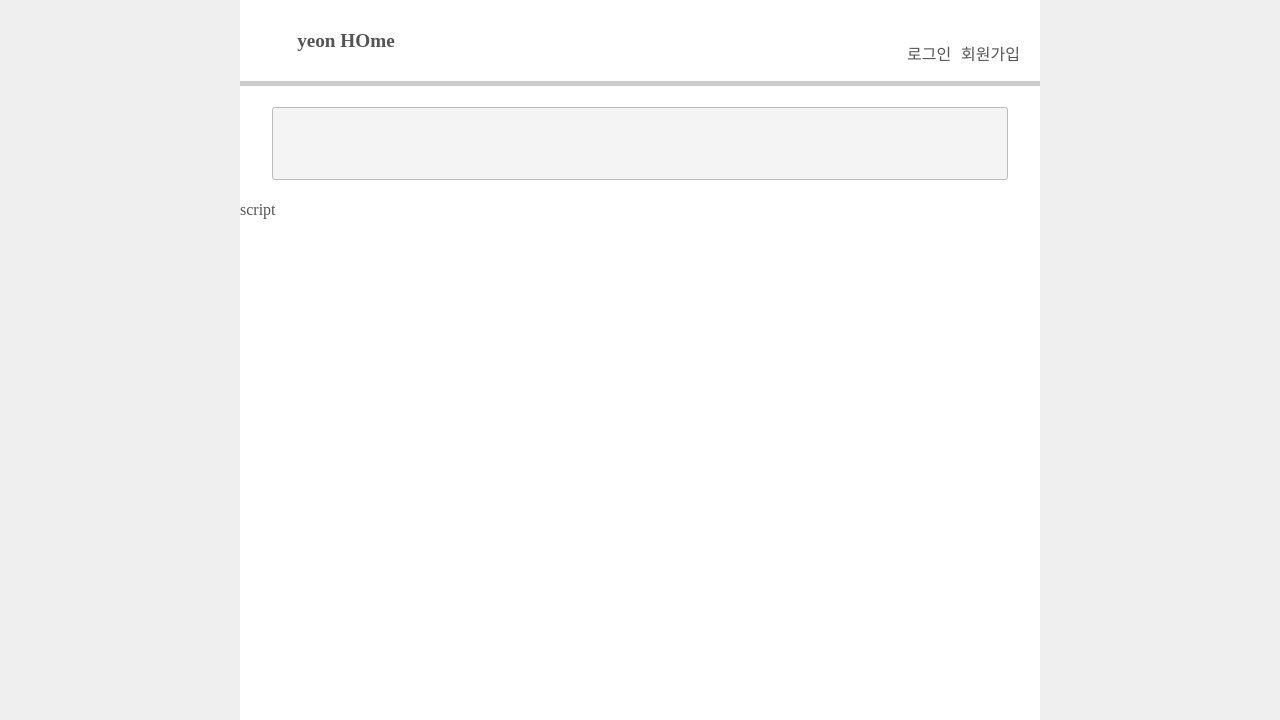
Repository: yeonhwa323/webPro
Page: webPro/src/main/webapp/javascript/days07/ex06.html
An editor plug-in stored every save of this project. The page is shown before and after the next save, followed by the edit.
The browser window is 1280 px wide. The pictures show the whole page.
Some web fonts or font styles are not loaded; a fallback is used.

Above is the page before, as saved 2024-04-15 01:06:19.

### webPro/src/main/webapp/javascript/days07/ex06.html
<!DOCTYPE html>
<html>
<head>
<meta charset="UTF-8">
<meta name="viewport" content="width=device-width, initial-scale=1.0">
<title>Insert title here</title>
<link rel="shortcut icon" type="image/x-icon" href="http://localhost/webPro/images/SiSt.ico">
<script src="https://ajax.googleapis.com/ajax/libs/jquery/3.7.1/jquery.min.js"></script>
<link rel="stylesheet" href="http://localhost/webPro/resources/cdn-main/example.css">
<script src="http://localhost/webPro/resources/cdn-main/example.js"></script>
<style>
 span.material-symbols-outlined{
   vertical-align: text-bottom;
 }
</style>
</head>
<body>
<header>
  <h1 class="main"><a href="#" style="position: absolute;top:30px;">yeon HOme</a></h1>
  <ul>
    <li><a href="#">로그인</a></li>
    <li><a href="#">회원가입</a></li>
  </ul>
</header>
<div>
  <xmp class="code">

  </xmp>
</div>

  script
</body>
</html>

### webPro/src/main/webapp/resources/cdn-main/example.css
@charset "UTF-8";

@import url('https://fonts.googleapis.com/css2?family=Material+Symbols+Outlined:opsz,wght,FILL,GRAD@20..48,100..700,0..1,-50..200');

@font-face {
    font-family: 'GmarketSansMedium';
    src: url('https://cdn.jsdelivr.net/gh/projectnoonnu/noonfonts_2001@1.1/GmarketSansMedium.woff') format('woff');
    font-weight: normal;
    font-style: normal;
}

:root {
	--text-color: #555;
	--sub-text-color: #777;
	--back-color: #EFEFEF;
	--header-color: #444;
	--primary-color: #DEDEDE;
	--secondary-color: #EFEFEF;
	--default-width: 800px;
	--narrow-width: 500px;
	--wide-width: 1200px;
	--text-font: 'GmarketSansMedium';
	--icon-font: 'Material Symbols Outlined';
	--border-color: #CCC;
}

html, body {
	margin: 0;
	padding: 0;
}

html {
	background-color: var(--back-color);
	display: flex;
	justify-content: center;
	min-height: 100vh;
}

body, body.default {
	width: var(--default-width);
	background-color: white;
	padding-bottom: 120px;
}

body.wide {
	width: var(--wide-width);
}

body.narrow {
	width: var(--narrow-width);
}



body, p, div, span, a, input, select, option, textarea, button, table, th, td, label, fieldset, legend {
	font-family: var(--text-font);
	color: var(--text-color);
}

h1, h2, h3 {
	font-family: var(--text-font);
	color: var(--header-color);
	padding: 0 1rem;
	padding-top: .5rem;
}

div > h1, div > h2, div > h3 {
	padding: 0;
}

body > div, body > main > div {
	padding: 0.3rem 1rem;
}


h1 { font-size: 2rem; border-bottom: 1px solid var(--border-color); }
h1 small { font-size: 1.2rem; color: var(--sub-text-color); }
h2 { font-size: 1.5rem; border-bottom: 1px dashed var(--border-color); }
h2 small { font-size: 1.1rem; color: --sub-text-color; }
h3 { font-size: 1.2rem; }
h3 small { font-size: 1rem; color: --sub-text-color; }



h1.main::before {
	font-family: var(--icon-font);
  	content: '\e666';
  	margin-right: 10px;
  	float: left;
	font-size: 2.5rem;
}

h1.sub::before {
	font-family: var(--icon-font);
  	content: '\ea19';
  	margin-right: 10px;
  	float: left;
	font-size: 2.5rem;
}


h1.page::before {
	font-family: var(--icon-font);
  	content: '\e0e0';
  	margin-right: 10px;
  	float: left;
	font-size: 2.5rem;
}

body > header > ul > li > .active{
	background-color: #FFF;
	color:#F00;
}

body > header {
	display: flex;
	justify-content: space-between;
	border-bottom: 5px solid var(--border-color);
	min-height: 74px;
	background-color: #FFF;
}

body > header.sticky {
	position: sticky;
	top: 0;
	z-index: 98;
}

body > header > h1 {
	font-size: 1.2rem;
	border: 0;
}

body > header.in > h1::before {
	font-family: var(--icon-font);
  	content: '\e332‥';
  	margin-right: 3px;
  	float: left;
	font-size: 2rem;
}


body > header > ul {
	list-style-type: none;
	display: flex;
	align-items: flex-end;
	margin-right: 10px;
}

body > header > ul > li {
	margin-right: 10px;
	cursor: pointer;
}

body > header > ul > li > a {
	cursor: pointer;
}


form {
	display: block;
}

form > div {
	padding: 0.3rem 1rem;
}

div > form > div {
	padding: 0.3rem 0;
}

input, textarea, button, select {
	border: 1px solid #BBB;
	border-radius: 3px;
	outline: none;
	resize: none;
	padding: 7px;
	margin: 0;
}

input[type=text]:read-only, textarea:read-only {
	cursor: not-allowed;
	background-color: #FFF;
}

input[type=text]:disabled, textarea:disabled {
	cursor: not-allowed;
	background-color: #EEE;
}

input[type=text], input[type=password], textarea, button, select {
	/* width: 300px; */
}

textarea {
	display: block;
	height: 100px;
}

input[type=button], input[type=submit], button {
	/* width: inherit; */
}

input.short, textarea.short, button.short, select.short {
	width: 100px;
}

input.long, textarea.long, button.long, select.long {
	width: 350px;
}

.narrow input.long, .narrow textarea.long, .narrow button.long, .narrow select.long {
	width: calc(100% - 20px);
}

input.full, textarea.full, button.full, select.full {
	width: calc(100% - 20px);
}

textarea.short {
	height: 50px;
}

textarea.long {
	height: 100px;
}

textarea.full {
	height: 200px;
}

input, textarea {
	padding-top: 8px;
}

input[type=button], input[type=submit], button {
	padding: 5px 10px;
	background-color: var(--secondary-color);
	cursor: pointer;
	min-height: 36px;
}

input[type=button].primary, input[type=submit].primary, button.primary {
	/* background-color: rgba(100, 149, 237, .2); */
	background-color: var(--primary-color);
}

input[type=button].primary:hover, input[type=submit].primary:hover, button.primary:hover {
	/* background-color: rgba(100, 149, 237, .3); */
	background-color: var(--secondary-color);
}

input[type=button]:hover, input[type=submit]:hover, button:hover {
	background-color: var(--primary-color);
}

button {
	position: relative;
	left: 0;
	top: 0;
	padding-left: 35px;
}

button .material-symbols-outlined {
	position: absolute;
	left: 10px;
	top: 4px;
}

/* k2nik add */
button.login::before {
	font-family: var(--icon-font);
  	content: '\ea77';
	position: absolute;
	left: 11px;
	top: 4px;
	font-size: 1.25rem;
}

/* k2nik logout */
button.logout::before {
	font-family: var(--icon-font);
  	content: '\e9ba';
	position: absolute;
	left: 11px;
	top: 4px;
	font-size: 1.25rem;
}

/* k2nik help */
button.help::before {
	font-family: var(--icon-font);
  	content: '\f1c0';
	position: absolute;
	left: 11px;
	top: 4px;
	font-size: 1.25rem;
}

button.add::before{
	font-family: var(--icon-font);
  	content: '\e746';
	position: absolute;
	left: 11px;
	top: 4px;
	font-size: 1.25rem;
}

button.back::before {
	font-family: var(--icon-font);
  	content: '\e166';
	position: absolute;
	left: 11px;
	top: 4px;
	font-size: 1.25rem;
}

button.list::before {
	font-family: var(--icon-font);
  	content: '\e0ee';
	position: absolute;
	left: 11px;
	top: 4px;
	font-size: 1.25rem;
}


button.del::before {
	font-family: var(--icon-font);
  	content: '\e872';
	position: absolute;
	left: 11px;
	top: 4px;
	font-size: 1.25rem;
}


button.edit::before {
	font-family: var(--icon-font);
  	content: '\e745';
	position: absolute;
	left: 11px;
	top: 4px;
	font-size: 1.25rem;
}


button.login::before {
	font-family: var(--icon-font);
  	content: '\ea77';
	position: absolute;
	left: 11px;
	top: 4px;
	font-size: 1.25rem;
}


button.logout::before {
	font-family: var(--icon-font);
  	content: '\e9ba';
	position: absolute;
	left: 11px;
	top: 4px;
	font-size: 1.25rem;
}


button.in::before {
	font-family: var(--icon-font);
  	content: '\f71a';
	position: absolute;
	left: 11px;
	top: 4px;
	font-size: 1.25rem;
}


button.out::before {
	font-family: var(--icon-font);
  	content: '\f70e';
	position: absolute;
	left: 11px;
	top: 4px;
	font-size: 1.25rem;
}


button.reply::before {
	font-family: var(--icon-font);
  	content: '\e15e';
	position: absolute;
	left: 11px;
	top: 4px;
	font-size: 1.25rem;
}


button.comment::before {
	font-family: var(--icon-font);
  	content: '\e0b9';
	position: absolute;
	left: 11px;
	top: 4px;
	font-size: 1.25rem;
}


button.modal::before {
	font-family: var(--icon-font);
  	content: '\e89e';
	position: absolute;
	left: 11px;
	top: 4px;
	font-size: 1.25rem;
}


button.ok::before {
	font-family: var(--icon-font);
  	content: '\e86c';
	position: absolute;
	left: 11px;
	top: 4px;
	font-size: 1.25rem;
}


button.cancel::before {
	font-family: var(--icon-font);
  	content: '\e5c9';
	position: absolute;
	left: 11px;
	top: 4px;
	font-size: 1.25rem;
}

button.search::before {
	font-family: var(--icon-font);
  	content: '\e8b6';
	position: absolute;
	left: 11px;
	top: 4px;
	font-size: 1.25rem;
}

button.home::before {
	font-family: var(--icon-font);
  	content: '\e88a';
	position: absolute;
	left: 11px;
	top: 4px;
	font-size: 1.25rem;
}


button.sidebar::before {
	font-family: var(--icon-font);
  	content: '\f7e4';
	position: absolute;
	left: 11px;
	top: 4px;
	font-size: 1.25rem;
}


button.sidebar-right::before {
	font-family: var(--icon-font);
  	content: '\f7e5';
	position: absolute;
	left: 11px;
	top: 4px;
	font-size: 1.25rem;
}




button::before {
	font-family: var(--icon-font);
  	content: '\e323';
	position: absolute;
	left: 11px;
	top: 4px;
	font-size: 1.25rem;
}


table {
	border-collapse: collapse;
	margin: 1rem;
	box-sizing: border-box;
	width: calc(100% - 32px);
}

table.content {
	width: auto;
}

div > table {
	margin: 0;
}

table th, table td {
	border: 1px solid var(--border-color);
	padding: 7px;
	font-weight: normal;
}

table th {
	background-color: var(--back-color);
}

table.vertical th {
	width: 150px;
}

table.vertical td {
	width: calc(100% - 182px);
	padding-left: 10px;
}

table.content td, table.content th {
	width: auto;
}

body.narrow table.vertical th {
	width: 100px;
}

body.narrow table.vertical td {
	width: calc(100% - 182px);
}


table + table {
	margin-top: 30px;
}


p {
	padding: 0 1rem;
}

a {
	text-decoration: none;
}

a:hover {
	color: rgba(255, 99, 71, .7);
}

hr {
	border: 0;
	border-top: 1px solid var(--border-color);
	margin: 2rem 0;
}

.message {
	border: 1px solid var(--border-color);
	background-color: #EFEFEF;
	margin: 1rem;
	width: auto;
	padding-top: 10px;
	padding-bottom: 10px;
	font-size: 14px;
}

.message[title]::before {
	content: attr(title);
	display: block;
	border-bottom: 1px solid var(--border-color);
	padding-bottom: 5px;
	margin-bottom: 10px;
	margin-top: 7px;
}

.message.short {
	max-width: 250px;
}

.message.long {
	max-width: 500px;
}

.badge {
	float: right;
	font-size: .8rem;
	margin-top: 2px;
	margin-right: 2px;
	text-shadow: 0 0 7px gray;
}

.badge.left {
	float: none;
	margin-left: 2px;
}

.badge.right {
	float: right;
}

.badge.red {
	border-radius: 50%;
	padding: 2px 5px;
	background-color: rgb(255, 99, 71, .3);
}

.badge.yellow {

	border-radius: 50%;
	padding: 2px 5px;
	background-color: rgb(255, 215, 0, .5);
}

.badge.blue {
	border-radius: 50%;
	padding: 2px 5px;
	background-color: rgb(100, 149, 237, .3);
}

label + label {
	margin-left: 7px;
}

label input[type=checkbox], label input[type=radio] {
	transform: translate(0, 1px);
}

.group {
	display: flex;
}

.modal-content .group {
	margin-bottom: .5rem;
}

.group label {
	border: 1px solid #BBB;
	border-radius: 3px;
	outline: none;
	resize: none;
	padding: 7px 14px;
	margin: 0;
	border-top-right-radius: 0;
	border-bottom-right-radius: 0;
	background-color: #EFEFEF;
	white-space: nowrap;
	font-size: 14px;
}

.group input[type=text] {
	margin-left: -1px;
	border-top-left-radius: 0;
	border-bottom-left-radius: 0;
}

.group select {
	margin-left: -1px;
	border-top-left-radius: 0;
	border-bottom-left-radius: 0;
}

.group input.full[type=text] {
	margin-left: -1px;
	border-top-left-radius: 0;
	border-bottom-left-radius: 0;
	width: 100%;
}

.group input[type=button]:first-child, .group button:first-child {
	border-top-left-radius: 3px;
	border-bottom-left-radius: 3px;
	margin-left: 0px;
}

.group input[type=button], .group button {
	border-radius: 0;
	margin-left: -1px;
}

.group input[type=button]:last-child, .group button:last-child {
	margin-left: -1px;
	border-top-right-radius: 3px;
	border-bottom-right-radius: 3px;
}

.seperate {
	display: flex;
	justify-content: space-between;
}

div.list {
	width: max-content;
	margin: 1rem;
	border: 1px solid #BBB;
	border-radius: 3px;
	padding: 0;
}

div.list.full {
	width: auto;
	display: block;
	margin: 1rem;
	border: 1px solid #BBB;
	border-radius: 3px;
	padding: 0;
}

div.list > div {
	padding: .5rem 1rem;
	margin: 0;
	border-bottom: 1px solid #BBB;
}

div.list > div:last-child {
	border-bottom: 0;
}

pre.code , xmp.code{
	font-family: consols;
	background-color: rgba(150, 150, 150, .1);
	border: 1px solid #BBB;
	border-radius: 3px;
	padding: .5rem 1rem;
	padding-bottom: .6rem;
	margin: 1rem;
}




*[data-modal-window] {
	position: fixed;
	background-color: rgba(0, 0, 0, .3);
	left: 0;
	top: 0;
	display: none;
	justify-content: center;
	align-items: flex-start;
	width: 100%;
	min-height: 100vh;
	z-index: 100;
	opacity: 0;
	transition: 500ms all;
}

*[data-modal-window] .modal-container {
	border-radius: 5px;
	padding: 1rem;
	padding-bottom: .5rem;
	margin-top: -500px;
	opacity: 0;
	width: 500px;
	background-color: #FFF;
	margin-right: 2rem;
	transition: 500ms all;
}

*[data-modal-size=content] .modal-container {
	width: auto;
}

*[data-modal-size=narrow] .modal-container {
	width: 300px;
}

*[data-modal-size=wide] .modal-container {
	width: 760px;
}


*[data-modal-window] .modal-header {
	border-bottom: 1px solid var(--border-color);
	padding: 2px 5px;
}

*[data-modal-window] .modal-content {
	padding: 1rem 5px;
}

*[data-modal-window] .modal-content div:last-child {
	margin-top: 1rem;
	text-align: right;
}



*[data-sidebar-window] {
	position: fixed;
	background-color: #FFF;
	left: 0;
	top: 0;
	display: block;
	width: 300px;
	border-right: 1px solid var(--border-color);
	box-sizing: border-box;
	box-shadow: 0 0 3px var(--back-color);
	min-height: 100vh;
	z-index: 99;
	transform: translate(-300px, 0);
	transition-duration: 500ms;
	transition-property: transform;
}

*[data-sidebar-direction=right] {
	left: auto;
	right: 0;
	transform: translate(300px, 0);
	border-left: 1px solid var(--border-color);
}

*[data-sidebar-size=wide] {
	width: 500px;
	transform: translate(-500px, 0);
}

*[data-sidebar-window] .sidebar-title {
	border-bottom: 1px solid var(--border-color);
	margin-top: 20px;
	margin-bottom: 20px;
	padding-bottom: 5px;
	display: flex;
	justify-content: space-between;
}

*[data-sidebar-window] .sidebar-title span:last-child {
	cursor: pointer;
}


/* K2Nik pagination */
.center {
  text-align: center;
}

.pagination {
  display: inline-block;
}

.pagination a {
  color: black;
  float: left;
  padding: 3px 6px;
  text-decoration: none;
  transition: background-color .3s;
  border: 1px solid #ddd;
  margin: 0 3px;
}

.pagination a.active {
  background-color: #4CAF50;
  color: white;
  border: 1px solid #4CAF50;
}

.pagination a:hover:not(.active) {background-color: #ddd;}

### webPro/src/main/webapp/resources/cdn-main/example.js

window.onload = () => {

    const list = document.querySelectorAll('input, textarea');

    list.forEach(item => {
        item.setAttribute('autocomplete', 'off');
    });


    const modal_btn_list = document.querySelectorAll('*[data-modal-button]');

    modal_btn_list.forEach(item => {
        item.onclick = function() {

            const name = this.dataset['modalButton'];
            const modal_window = document.querySelector('*[data-modal-window=' + name);

            const container = document.createElement('div');
            container.className = 'modal-container';



            const modal_header = document.createElement('div');
            modal_header.textContent = modal_window.dataset['modalTitle'];
            modal_header.className = 'modal-header';
            container.appendChild(modal_header);

            const modal_content = document.createElement('div');
            modal_content.className = 'modal-content';
            container.appendChild(modal_content);

            Array.from(modal_window.childNodes).forEach(item => {
                modal_content.appendChild(item);
            });

            modal_window.appendChild(container);

            modal_window.style.display = 'flex';

            setTimeout(() => {
                modal_window.style.opacity = 1;
                container.style.marginTop = '20px';
                container.style.opacity = 1;
            }, 50);


            const modal_ok = document.querySelector('*[data-modal-ok=' + name);
            modal_ok.addEventListener('click', function() {
                modal_window.style.opacity = 0;
                container.style.marginTop = '-500px';
                container.style.opacity = 0;

                setTimeout(() => {
                    modal_window.innerHTML = modal_content.innerHTML;
                    modal_window.style.display = 'none';
                }, 500);

            });

            const modal_cancel = document.querySelector('*[data-modal-cancel=' + name);
            modal_cancel.addEventListener('click', function() {

                modal_window.style.opacity = 0;
                container.style.marginTop = '-500px';
                container.style.opacity = 0;

                setTimeout(() => {
                    modal_window.innerHTML = modal_content.innerHTML;
                    modal_window.style.display = 'none';
                }, 500);
            });


        };
    });


    const sidebar_btn_list = document.querySelectorAll('*[data-sidebar-button]');

    sidebar_btn_list.forEach(item => {
        item.onclick = function() {



            const name = this.dataset['sidebarButton'];
            const sidebar_window = document.querySelector('*[data-sidebar-window=' + name);

            if (sidebar_window.style.transform == 'translate(0px, 0px)') return;



            sidebar_window.style.transform = 'translate(0, 0)';

            const sidebar_title = document.createElement('div');
            sidebar_title.className = 'sidebar-title';
            sidebar_title.innerHTML = '<span>' + sidebar_window.dataset['sidebarTitle'] + '</span><span class="material-symbols-outlined">close</span>';

            sidebar_title.children[1].onclick = function() {

                let sign = 1;
                let distance = 300;

                if (sidebar_window.dataset['sidebarDirection'] != 'right') {
                    sign = -1;
                } else {
                    sign = 1;
                }

                if (sidebar_window.dataset['sidebarSize'] != 'wide') {
                    distance = 300;
                } else {
                    distance = 500;
                }

                distance *= sign;

                sidebar_window.style.transform = 'translate(' + distance + 'px, 0)';

                setTimeout(function() {
                    sidebar_window.removeChild(sidebar_window.children[0]);
                }, 500);
            };


            sidebar_window.prepend(sidebar_title);

        }
    });

};

// window.onkeydown = function(event) {

//     if (event.keyCode == 27) {
//         if (document.querySelector('[data-modal-window').style.display == 'flex') {
//             document.querySelector('[data-modal-window').style.display = 'none';
//         }
//     }

// };

After the next save:
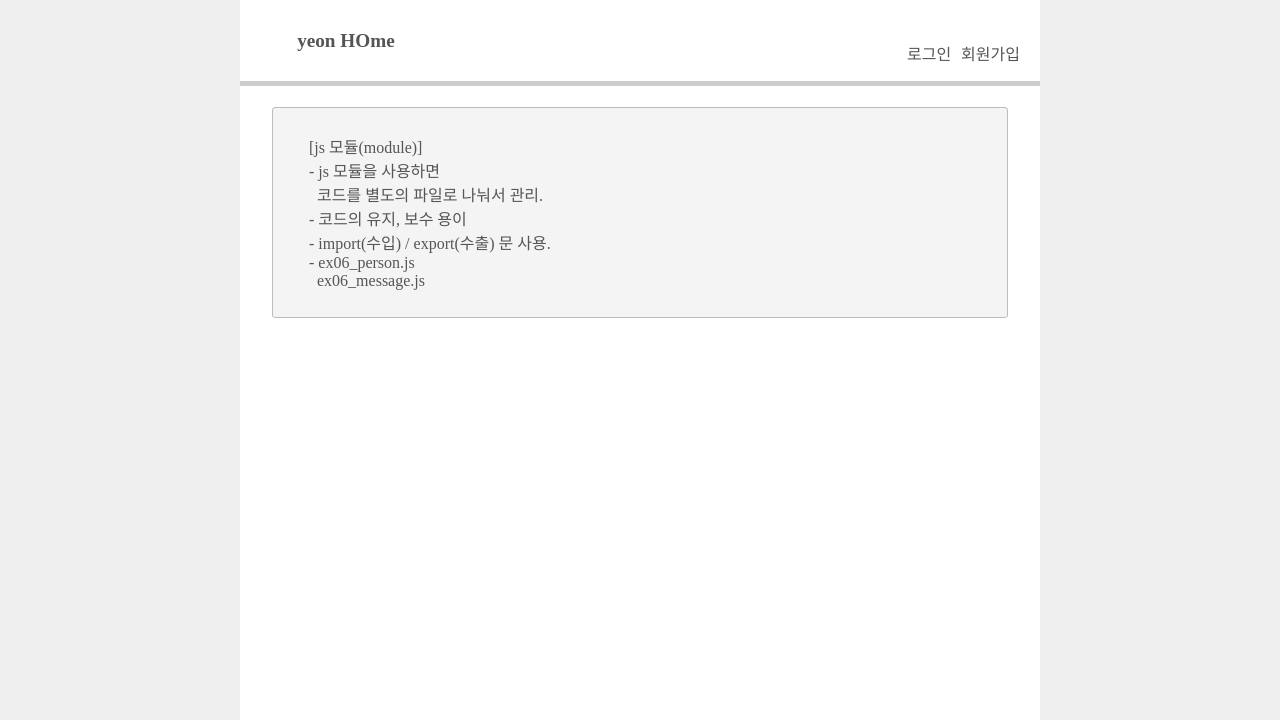
Saved 109 s later.
--- a/webPro/src/main/webapp/javascript/days07/ex06.html
+++ b/webPro/src/main/webapp/javascript/days07/ex06.html
@@ -24,10 +24,18 @@
 </header>
 <div>
   <xmp class="code">
-
+     [js 모듈(module)]
+     - js 모듈을 사용하면
+       코드를 별도의 파일로 나눠서 관리.
+     - 코드의 유지, 보수 용이
+     - import(수입) / export(수출) 문 사용.
+     - ex06_person.js
+       ex06_message.js
   </xmp>
 </div>
 
-  script
+  <script>
+
+  </script>
 </body>
 </html>
